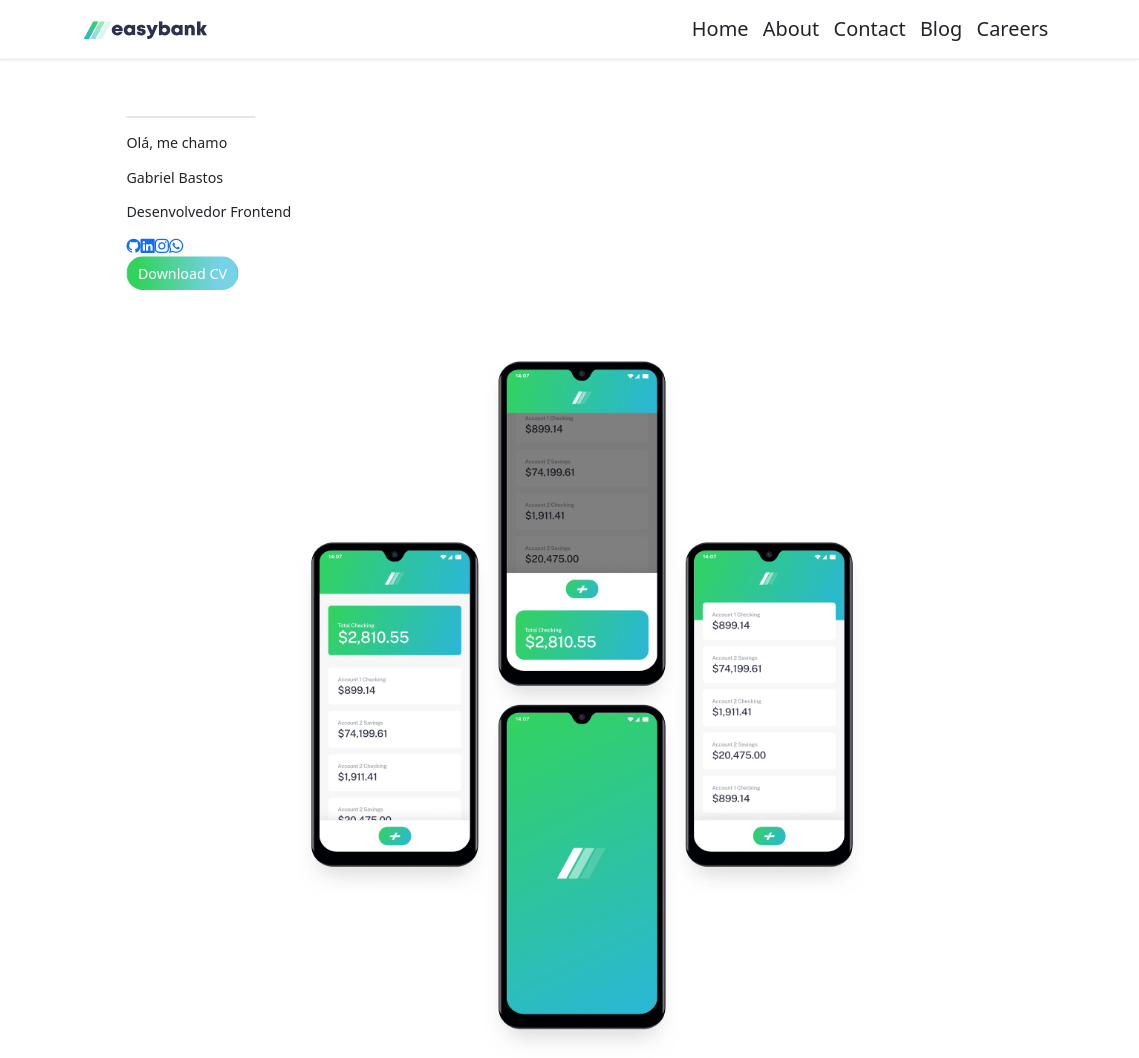
Repository: devbastos/easy-Bank
Page: / (app in frontend/)
The author's editor kept a copy of each file at every save. The page is drawn from the files as they stood at one save, then again after the next save.
The browser window is 1280 px wide. The pictures show the whole page, at 89% of full size.
Some web libraries are served in a nearby version. The project was rebuilt for these pictures with package versions that can differ from the ones it lists, and the page was loaded fresh each time.

Above is the page before, as saved 2022-02-04 12:03:21.

### frontend/src/index.html
<!doctype html>
<html lang="en">
<head>
  <meta charset="utf-8">
  <title>Frontend</title>
  <base href="/">
  <meta name="viewport" content="width=device-width, initial-scale=1">
  <link rel="icon" type="image/x-icon" href="favicon.ico">
  <link rel="stylesheet" href="../node_modules/bootstrap/dist/css/bootstrap.css">
  <link rel="stylesheet" href="../node_modules/bootstrap-icons/font/bootstrap-icons.css">
  <!-- CSS only -->
<link href="https://cdn.jsdelivr.net/npm/bootstrap@5.1.3/dist/css/bootstrap.min.css" rel="stylesheet" integrity="sha384-1BmE4kWBq78iYhFldvKuhfTAU6auU8tT94WrHftjDbrCEXSU1oBoqyl2QvZ6jIW3" crossorigin="anonymous">
</head>
<body>
  <app-root></app-root>

  <script src="/node_modules/bootstrap/dist/js/bootstrap.bundle.js" crossorigin="anonymous"></script>
  <!-- JavaScript Bundle with Popper -->
<script src="https://cdn.jsdelivr.net/npm/bootstrap@5.1.3/dist/js/bootstrap.bundle.min.js" integrity="sha384-ka7Sk0Gln4gmtz2MlQnikT1wXgYsOg+OMhuP+IlRH9sENBO0LRn5q+8nbTov4+1p" crossorigin="anonymous"></script>
  <!-- JavaScript Bundle with Popper -->
<script src="https://cdn.jsdelivr.net/npm/bootstrap@5.1.3/dist/js/bootstrap.bundle.min.js" integrity="sha384-ka7Sk0Gln4gmtz2MlQnikT1wXgYsOg+OMhuP+IlRH9sENBO0LRn5q+8nbTov4+1p" crossorigin="anonymous"></script>
</body>
</html>

### frontend/src/app/app.module.ts
import { NgModule } from '@angular/core';
import { BrowserModule } from '@angular/platform-browser';

import { AppRoutingModule } from './app-routing.module';
import { AppComponent } from './app.component';
import { NavbarComponent } from './template/navbar/navbar.component';
import { BrowserAnimationsModule } from '@angular/platform-browser/animations';
import { HeaderComponent } from './template/header/header.component';

@NgModule({
  declarations: [
    AppComponent,
    NavbarComponent,
    HeaderComponent,

  ],
  imports: [
    BrowserModule,
    AppRoutingModule,
    BrowserAnimationsModule
  ],
  providers: [],
  bootstrap: [AppComponent]
})
export class AppModule { }

### frontend/src/app/app.component.ts
import { Component } from '@angular/core';

@Component({
  selector: 'app-root',
  templateUrl:'app.Component.html',
})
export class AppComponent {
  title = 'frontend';
}

### frontend/src/app/app.Component.html
<app-navbar></app-navbar>
<app-header></app-header>

### frontend/src/app/template/navbar/navbar.component.html


    <nav class="navbar navbar-expand-lg navbar-dark  border-bottom shadow-sm">
      <div class="container">
          <a class="navbar-brand" href=""><svg xmlns="http://www.w3.org/2000/svg" width="139" height="20"><defs><linearGradient id="a" x1="72.195%" x2="17.503%" y1="0%" y2="100%"><stop offset="0%" stop-color="#33D35E"/><stop offset="100%" stop-color="#2AB6D9"/></linearGradient></defs><g fill="none" fill-rule="evenodd"><path fill="#2D314D" fill-rule="nonzero" d="M37.754 15.847c2.852 0 5.152-1.622 5.952-4.216h-3.897c-.376.665-1.14 1.066-2.055 1.066-1.237 0-2.065-.674-2.32-1.978h8.44c.051-.352.081-.694.081-1.037 0-3.335-2.537-5.95-6.201-5.95-3.568 0-6.175 2.564-6.175 6.049 0 3.473 2.628 6.066 6.175 6.066zm2.344-7.297h-4.596c.317-1.129 1.11-1.749 2.252-1.749 1.181 0 2 .613 2.344 1.75zm10.946 7.296c1.32 0 2.5-.434 3.43-1.188l.336.804h3.027V4.093h-2.919l-.4.88c-.94-.775-2.135-1.222-3.474-1.222-3.476 0-5.961 2.505-5.961 6.026 0 3.533 2.485 6.07 5.961 6.07zm.524-3.467c-1.467 0-2.545-1.108-2.545-2.593 0-1.475 1.069-2.583 2.545-2.583 1.466 0 2.544 1.108 2.544 2.583 0 1.485-1.078 2.593-2.544 2.593zm13.123 3.467c3.02 0 5.025-1.554 5.025-3.93 0-2.883-2.387-3.256-4.183-3.575-1.08-.193-1.95-.344-1.95-.99 0-.527.422-.838 1.05-.838.71 0 1.197.337 1.197 1.063h3.667c-.044-2.303-1.92-3.843-4.816-3.843-2.912 0-4.854 1.47-4.854 3.75 0 2.757 2.337 3.289 4.1 3.574 1.092.181 1.952.368 1.952 1.024 0 .587-.543.88-1.116.88-.742 0-1.32-.383-1.32-1.214h-3.77c.036 2.463 1.919 4.1 5.018 4.1zm8.1 3.858c2.936 0 4.344-1.257 5.877-4.736l4.764-10.863h-4.206l-2.249 6.263-2.412-6.263H70.31l4.698 10.43c-.53 1.414-.983 1.804-2.48 1.804H71.45v3.365h1.341zm18.504-3.858c3.5 0 5.973-2.515 5.973-6.048S94.796 3.75 91.295 3.75a5.332 5.332 0 00-2.825.784V0H84.6v15.474h2.897l.37-.844c.923.771 2.102 1.216 3.428 1.216zm-.523-3.467c-1.467 0-2.545-1.108-2.545-2.58 0-1.486 1.078-2.594 2.545-2.594 1.466 0 2.544 1.108 2.544 2.593 0 1.473-1.087 2.58-2.544 2.58zm13.598 3.467c1.32 0 2.5-.434 3.43-1.188l.336.804h3.027V4.093h-2.918l-.401.88c-.939-.775-2.135-1.222-3.474-1.222-3.476 0-5.96 2.505-5.96 6.026 0 3.533 2.484 6.07 5.96 6.07zm.524-3.467c-1.467 0-2.545-1.108-2.545-2.593 0-1.475 1.07-2.583 2.545-2.583 1.467 0 2.545 1.108 2.545 2.583 0 1.485-1.078 2.593-2.545 2.593zm12.653 3.095V9.403c0-1.447.702-2.3 1.923-2.3.986 0 1.483.657 1.483 1.98v6.39h3.915V8.543c0-2.897-1.733-4.773-4.373-4.773-1.47 0-2.733.565-3.58 1.508l-.537-1.172h-2.747v11.369h3.916zm13.748 0v-4.808l2.848 4.808h4.616l-3.902-5.95 3.543-5.419h-4.397l-2.708 4.454V0h-3.916v15.474h3.916z"/><g fill="url(#a)"><path d="M10.802 0L0 19.704h5.986L16.789 0z"/><path opacity=".5" d="M18.171 0L7.368 19.704h5.986L24.157 0z"/><path opacity=".15" d="M25.539 0L14.737 19.704h5.986L31.525 0z"/></g></g></svg></a>
          <button class="navbar-toggler" type="button" data-bs-toggle="collapse" data-bs-target=".navbar-collapse">
            <svg xmlns="http://www.w3.org/2000/svg" width="30" height="30" fill="currentColor" class="bi bi-list" viewBox="0 0 16 16">
              <path fill-rule="evenodd" d="M2.5 12a.5.5 0 0 1 .5-.5h10a.5.5 0 0 1 0 1H3a.5.5 0 0 1-.5-.5zm0-4a.5.5 0 0 1 .5-.5h10a.5.5 0 0 1 0 1H3a.5.5 0 0 1-.5-.5zm0-4a.5.5 0 0 1 .5-.5h10a.5.5 0 0 1 0 1H3a.5.5 0 0 1-.5-.5z"/>
            </svg>
          </button>
          <div class="navbar-collapse collapse">
              <ul class="navbar-nav flex-grow-1 ">

              </ul>

              <div class="align-self-center">
                  <ul class="navbar-nav">
                    <li class="nav-item">
                      <a class="nav-link text-dark text-dark" aria-current="page" href="#">Home</a>
                    </li>
                    <li class="nav-item">
                      <a class="nav-link text-dark" href="#">About</a>
                    </li>
                    <li class="nav-item">
                      <a class="nav-link text-dark" href="#">Contact</a>
                    </li>
                    <li class="nav-item">
                      <a class="nav-link text-dark">Blog</a>
                    </li>
                    <li class="nav-item">
                        <a class="nav-link text-dark">Careers</a>
                      </li>
                  </ul>
              </div>

              <!-- <div class="align-self-end">
                <ul class="navbar-nav">
                  <li class="nav-item" id="btn">
                      <a class="nav-link" href="">Request Invite</a>
                  </li>
              </ul>
              </div> -->
          </div>
      </div>
  </nav>

### frontend/src/app/template/navbar/navbar.component.css
.navbar-toggler {
  color: black;
  margin-right: 1.5rem;
}

.nav-link {
  font-size: 1.4rem;
}

.nav-item :hover {
  text-decoration: overline 3px #31d35c9c;
  transform: scale(1, 1);
  transition: 0.3s ease;
}
/*
#btn {
  background: 50% rgb(45, 49, 77);
  background: 50%
    linear-gradient(
      90deg,
      rgba(45, 49, 77, 0.719) 24%,
      #31d35c9c 51%,
      rgba(43, 183, 218, 0.664) 100%
    );
  color: #fff;
  border-radius: 10rem;
  margin-left: 5rem;
} */

### frontend/src/app/template/header/header.component.html
<!-- <div class="container-fluid bg-light">
    <div class="container">


        <div class="row">
            <div class="col-xxl-4 xol-xl-4 col-md-6 col-sm-12 mt-5 textos">
                <h1>Next generation digital banKing</h1>

                <p>take your financial life online. Your Easybank account <br>
                    will be a one-stop-shop for spending.saving.<br>
                    budgeting.investing. and much more.
                </p>

                <button type="button" class="btn">Request Invite</button>
            </div>


                <img src="/assets/images/image-mockups.png" alt="">

        </div>
    </div>
</div> -->
<div class="container mt-5">
    <div class="row">


        <div class="col-xxl-4 col-xl-4 col-sm-12 col-md-12 col-12 ms-5">
            <!-- <img src="/assets/img/intro.png" class="img-fluid img_intro" alt="olá me chamo Gabriel Bastos Barbosa, Desenvolvedor frontend"> -->
            <hr class="col-5">

                    <p> Olá, me chamo</p>
                    <p> Gabriel Bastos</p>
                    <p class="lh-sm"> Desenvolvedor Frontend</p>

                <a class="icon_github" href="https://github.com/devbastos"><i class="bi bi-github"></i></a>
                <a href="https://www.linkedin.com/in/gabriel-bastos-barbosa-2315b71b9/"><i class="bi bi-linkedin"></i></a>
                <a href="https://instagram.com/bastos_gabriel13?utm_medium=copy_link"><i class="bi bi-instagram"></i></a>
                <a href="https://api.whatsapp.com/send?phone=5511971868122&text=Ol%C3%A1%2CGabriel"><i class="bi bi-whatsapp"></i></a>

                <div class="col-5" >
                   <a  id="sobre" href="https://drive.google.com/file/d/1gLL8huQNl-4CdMbztB3dzvig6tl36Kr9/view?usp=sharing" target="_blank"><button  type="button" class="btn">Download CV</button></a>
                </div>
            </div>
        </div>

        <div class="col-xxl-6 col-xl-6 col-sm-12 col-md-12 col-12 me-5">
            <img src="/assets/images/image-mockups.png" alt="morkup easebank">
        </div>
</div>

### frontend/src/app/template/header/header.component.css
img {
  max-width: 40rem;
  margin-top: 5rem;
  margin-left: 15rem;
  display: inline-block;
}

.btn {
  color: white;
  border-radius: 10rem;
  background: rgb(49, 211, 92);
  background: linear-gradient(
    90deg,
    rgba(49, 211, 92, 1) 10%,
    rgba(43, 183, 218, 0.6397030279503105) 82%
  );
}

Loaded but not shown: frontend/src/main.ts (common file); frontend/src/environments/environment.ts (common file); frontend/src/app/app-routing.module.ts (common file); frontend/src/app/template/navbar/navbar.component.ts (common file); frontend/src/app/template/header/header.component.ts (common file)

After the next save:
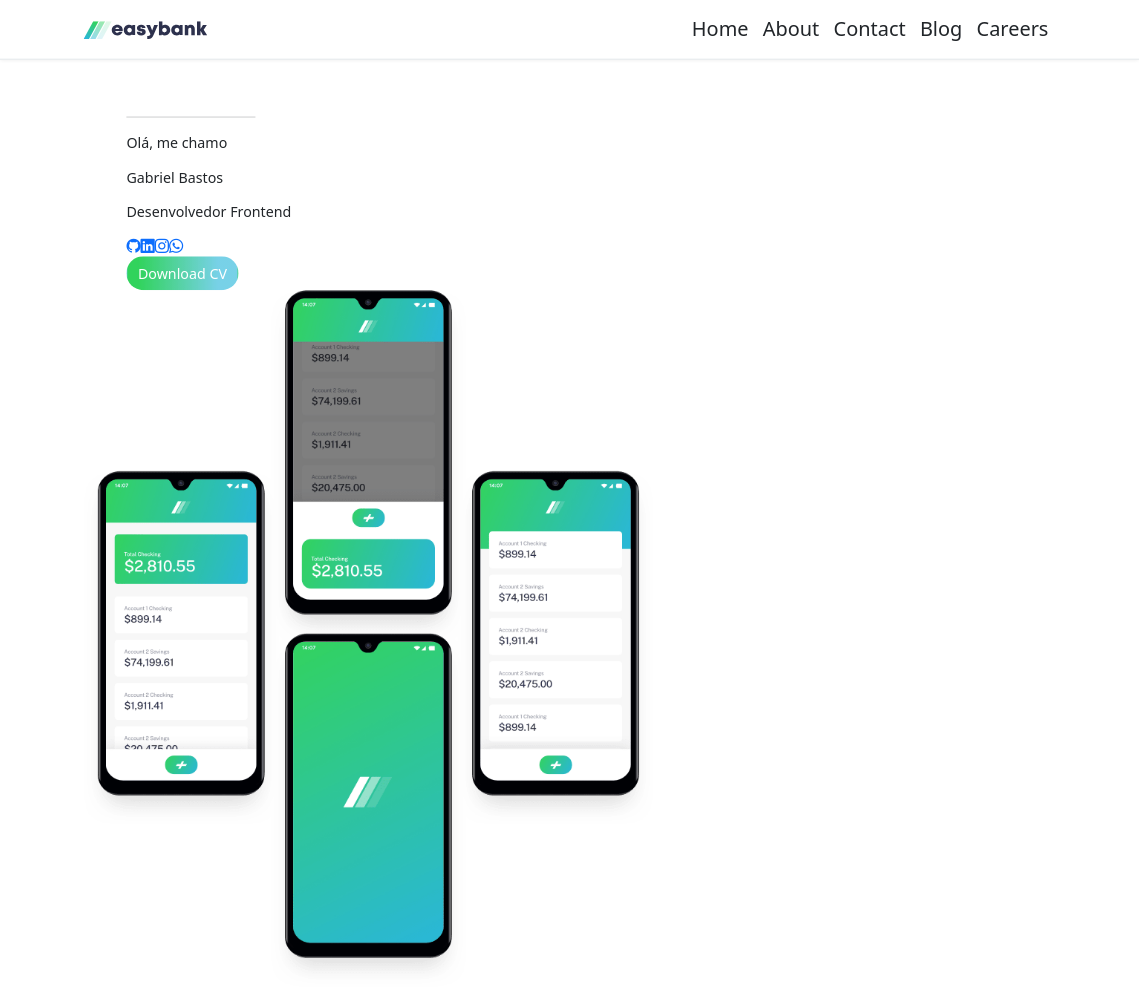
Saved 8 s later.
--- a/frontend/src/app/template/header/header.component.css
+++ b/frontend/src/app/template/header/header.component.css
@@ -1,7 +1,7 @@
 img {
   max-width: 40rem;
-  margin-top: 5rem;
-  margin-left: 15rem;
+  /* margin-top: 5rem;
+  margin-left: 15rem; */
   display: inline-block;
 }
 
